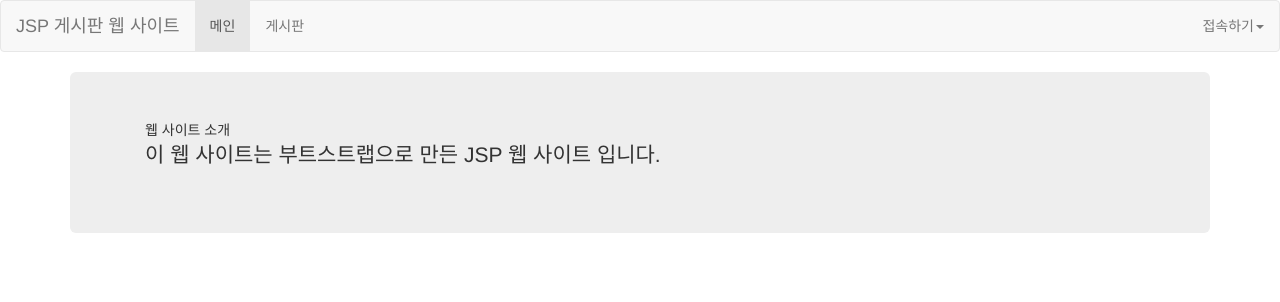
Repository: ksh125/JSP-Notice_Board
Page: http://localhost/BBS/main.jsp
The author's editor kept a copy of each file at every save. The page is drawn from the files as they stood at one save, then again after a run of saves.
The browser window is 1280 px wide. The pictures show the whole page.
Some web libraries are served in a nearby version. The page is served by Tomcat 9. Other server files are loaded and not shown.

Above is the page before, as saved 2022-10-29 16:42:26.

### BBS/src/main/webapp/main.jsp
<%@ page language="java" contentType="text/html; charset=UTF-8"
    pageEncoding="UTF-8"%>
<%@ page import="java.io.PrintWriter" %>
<!DOCTYPE html>
<html>
<head>
<meta http-equiv="Content-Type" content="text/html; charset=UTF-8">
<meta name="viewport" content="width=device-width", initial-scale="1" >  <!-- 반응형 웹에 사용하는 메타태그 -->
<link rel="stylesheet" href="css/bootstrap.css"> <!-- 참조  -->
<title>JSP 게시판 웹 사이트</title>
</head>
<body>
<%
    String userID = null;
    if (session.getAttribute("userID") != null)
    {
        userID = (String)session.getAttribute("userID");
    }
%>
    <nav class ="navbar navbar-default">
        <div class="navbar-header"> <!-- 홈페이지의 로고 -->
            <button type="button" class="navbar-toggle collapsed"
                data-toggle="collapse" data-target="#bs-example-navbar-collapse-1"
                aria-expand="false">
                <span class ="icon-bar"></span> <!-- 줄였을때 옆에 짝대기 -->
                <span class ="icon-bar"></span>
                <span class ="icon-bar"></span>
            </button>
            <a class ="navbar-brand" href="main.jsp">JSP 게시판 웹 사이트</a>
        </div>
        <div class="collapse navbar-collapse" id="bs-example-navbar-collapse-1">
            <ul class="nav navbar-nav">
                <li class="active"><a href="main.jsp">메인</a></li>
                <li><a href="bbs.jsp">게시판</a></li>
            </ul>
            <%
                if(userID == null)
                {
            %>
            <ul class="nav navbar-nav navbar-right">
                <li class="dropdown">
                <a href="#" class = "dropdown-toggle"
                    data-toggle="dropdown" role ="button" aria-haspopup="true"
                    aria-expanded="false">접속하기<span class="caret"></span></a>
                    <ul class="dropdown-menu">
                        <li><a href="login.jsp">로그인</a></li>
                        <li><a href="join.jsp">회원가입</a></li>
                    </ul>
                </li>
            </ul>
            <%
                } else {
            %>
            <ul class="nav navbar-nav navbar-right">
                <li class="dropdown">
                <a href="#" class = "dropdown-toggle"
                    data-toggle="dropdown" role ="button" aria-haspopup="true"
                    aria-expanded="false">회원관리<span class="caret"></span></a>
                    <ul class="dropdown-menu">
                        <li><a href="loginAction.jsp">로그아웃</a></li>
                    </ul>
                </li>
            </ul>
            <%
                }
            %>
        </div>
    </nav>
    <div class = "container">
    	<div class = "jumbotron">
    		<div class = container>
    			<hi>웹 사이트 소개</hi>
    			<p>이 웹 사이트는 부트스트랩으로 만든 JSP 웹 사이트 입니다.</p>
    		</div>
    	</div>
    </div>
    <script src="https://code.jquery.com/jquery-3.1.1.min.js"></script>
    <script src="js/bootstrap.js"></script>
</body>
</html>

Loaded but not shown: BBS/src/main/webapp/css/bootstrap.css (library); BBS/src/main/webapp/js/bootstrap.js (library)

After the next 2 saves:
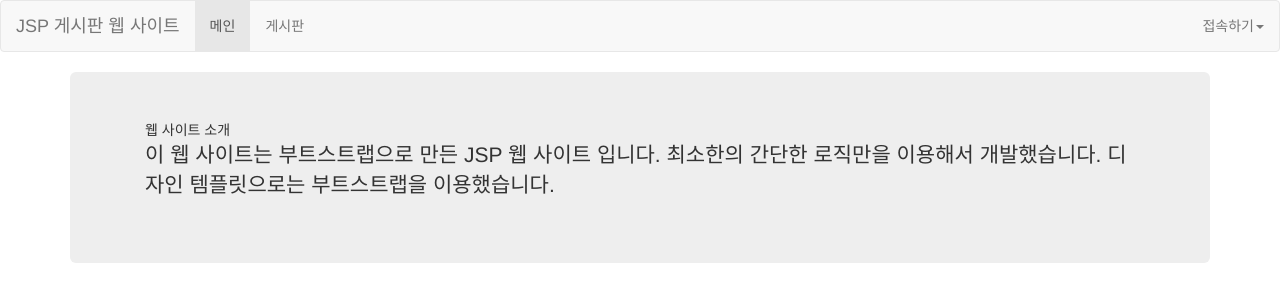
The 2 saves are shown as one change because they came seconds apart.
The last was saved 3 min 32 s later.
--- a/BBS/src/main/webapp/main.jsp
+++ b/BBS/src/main/webapp/main.jsp
@@ -70,7 +70,7 @@
     	<div class = "jumbotron">
     		<div class = container>
     			<hi>웹 사이트 소개</hi>
-    			<p>이 웹 사이트는 부트스트랩으로 만든 JSP 웹 사이트 입니다.</p>
+    			<p>이 웹 사이트는 부트스트랩으로 만든 JSP 웹 사이트 입니다. 최소한의 간단한 로직만을 이용해서 개발했습니다. 디자인 템플릿으로는 부트스트랩을 이용했습니다.</p>
     		</div>
     	</div>
     </div>
